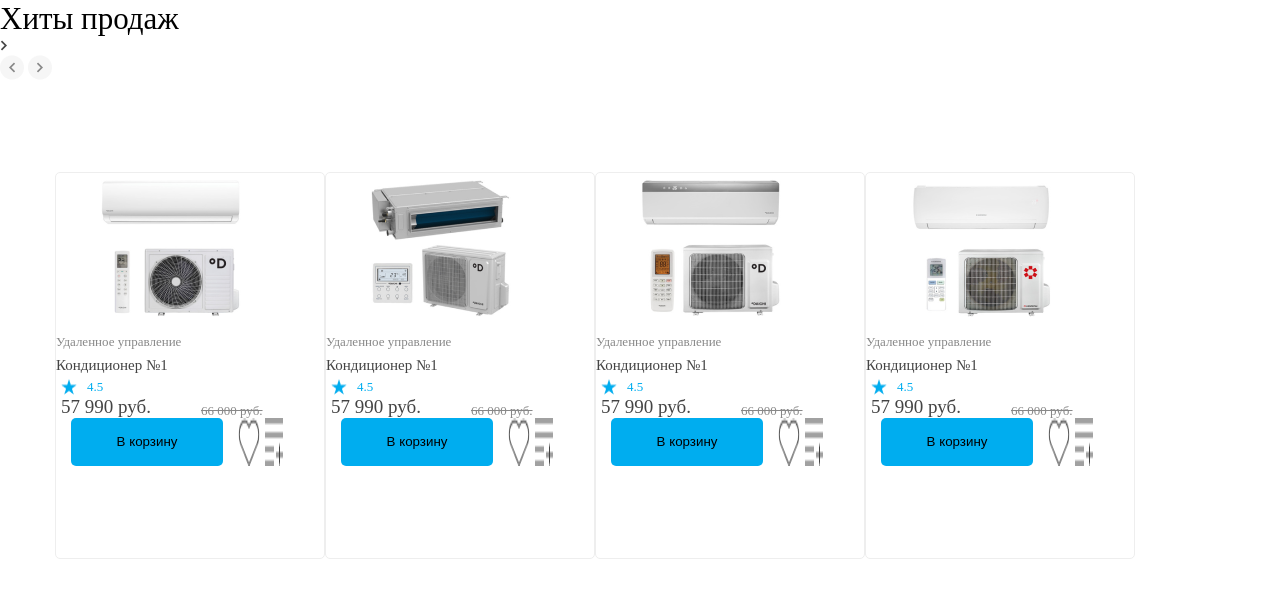
Repository: NikaMana/us
Page: index.html
These files come from the project's save history. The page is drawn as it stood at one moment and after the next save; the edit follows.
The browser window is 1280 px wide. The pictures show the whole page.

Above is the page before, as saved 2021-09-15 15:47:05.

### index.html
<!DOCTYPE html>
<html lang="ru">
<head>
    <meta charset="utf-8">
    <title>Main page</title>
    <meta name="viewport" content="widht=1100, initial-scale=1.0">
    <link rel="stylesheet" href="./styles.css">


</head>
<body>
<div class="welcome">
  <div class="welcome__container">
    <div class="welcome__up">
      <div class="welcome__left">
        <h1 class="welcome__hits">Хиты продаж</h1>
        <img class="welcome__arr" src="/img/arrbl.png" alt="blackarrow">
      </div>
      <div class="welcome__right">
        <img class="welcome__arr-left" src="/img/arrleft.png" alt="arrowleft">
        <img class="welcome__arr-right" src="/img/arrright.png" alt="arrowright">
      </div>
    </div>
      <div class="welcome__block-container">
        <div class="welcome__block">
          <img class="welcome__pic" src="/img/pic1.png" alt="condition">
          <h4 class="welcome__control">Удаленное управление</h4>
          <h3 class="welcome__condition">Кондиционер №1</h3>
          <div class="welcome__rating">
            <img class="welcome__star" src="/img/Star.png" alt="star">
            <span class="welcome__score">4.5</span>
          </div>
          <div class="welcome__price">
            <h2 class="welcome__price-current">57 990 руб.</h2>
            <h3 class="welcome__price-past">66 000 руб.</h3>
          </div>
          <div class="welcome__adding">
            <button class="welcome__button">В корзину</button>
            <img class="welcome__like" src="/img/like.png" alt="like">
            <img class="welcome__plus" src="/img/add.png" alt="add">
          </div>
        </div>
        <div class="welcome__block">
          <img class="welcome__pic" src="/img/pic2.png" alt="condition">
          <h4 class="welcome__control">Удаленное управление</h4>
          <h3 class="welcome__condition">Кондиционер №1</h3>
          <div class="welcome__rating">
            <img class="welcome__star" src="/img/Star.png" alt="star">
            <span class="welcome__score">4.5</span>
          </div>
          <div class="welcome__price">
            <h2 class="welcome__price-current">57 990 руб.</h2>
            <h3 class="welcome__price-past">66 000 руб.</h3>
          </div>
          <div class="welcome__adding">
            <button class="welcome__button">В корзину</button>
            <img class="welcome__like" src="/img/like.png" alt="like">
            <img class="welcome__plus" src="/img/add.png" alt="add">
          </div>
        </div>
        <div class="welcome__block">
          <img class="welcome__pic" src="/img/pic3.png" alt="condition">
          <h4 class="welcome__control">Удаленное управление</h4>
          <h3 class="welcome__condition">Кондиционер №1</h3>
          <div class="welcome__rating">
            <img class="welcome__star" src="/img/Star.png" alt="star">
            <span class="welcome__score">4.5</span>
          </div>
          <div class="welcome__price">
            <h2 class="welcome__price-current">57 990 руб.</h2>
            <h3 class="welcome__price-past">66 000 руб.</h3>
          </div>
          <div class="welcome__adding">
            <button class="welcome__button">В корзину</button>
            <img class="welcome__like" src="/img/like.png" alt="like">
            <img class="welcome__plus" src="/img/add.png" alt="add">
          </div>
        </div>
        <div class="welcome__block">
          <img class="welcome__pic" src="/img/pic4.png" alt="condition">
          <h4 class="welcome__control">Удаленное управление</h4>
          <h3 class="welcome__condition">Кондиционер №1</h3>
          <div class="welcome__rating">
            <img class="welcome__star" src="/img/Star.png" alt="star">
            <span class="welcome__score">4.5</span>
          </div>
          <div class="welcome__price">
            <h2 class="welcome__price-current">57 990 руб.</h2>
            <h3 class="welcome__price-past">66 000 руб.</h3>
          </div>
          <div class="welcome__adding">
            <button class="welcome__button">В корзину</button>
            <img class="welcome__like" src="/img/like.png" alt="like">
            <img class="welcome__plus" src="/img/add.png" alt="add">
          </div>
        </div>
      </div>
  </div>
</div>
</body>

### styles.css
*{
  margin: 0;
  padding: 0;
  box-sizing: border-box;
}
button{
  border: none;
  background: no-repeat;
}
h1, h2,h3,h4,h5{
  font-family: none;
  font-size: none;
}
.welcome{
  position: absolute;
  width: 100%;
  height: 100%;
  z-index: 0;
}

.welcome__hits{
font-family: Gotham Pro;
font-size: 31px;
font-style: normal;
font-weight: 300;
line-height: 37px;
letter-spacing: 0em;
text-align: left;
}
.welcome__block-container{
  display: flex;
  flex-direction: row;
}
.welcome__block{
height: 387px;
width: 270px;
left: 55px;
top: 88px;
border-radius: 5px;
position: relative;
height: 387px;
left: 55px;
right: 955px;
top: 88px;
background: #FFFFFF;
border: 1px solid #EEEEEE;
box-sizing: border-box;
border-radius: 5px;
}
.welcome__pic{
height: 150px;
left: 20px;
right: 20px;
top: 20px;
}
.welcome__control{
  position: static;
width: 230px;
height: 19px;
left: 0px;
top: 0px;
font-family: Gotham Pro;
font-style: normal;
font-weight: normal;
font-size: 13px;
line-height: 19px;
color: #888888;
flex: none;
order: 0;
align-self: stretch;
flex-grow: 0;
margin: 5px 0px;
}
.welcome__condition{
  position: static;
width: 230px;
height: 18px;
left: 0px;
top: 0px;
font-family: Gotham Pro;
font-style: normal;
font-weight: normal;
font-size: 15px;
line-height: 18px;
color: #444444;
flex: none;
order: 0;
align-self: stretch;
flex-grow: 0;
margin: 5px 0px;
}
.welcome__rating{
  display: flex;
}
.welcome__star{
  position: static;
width: 16px;
height: 16px;
left: 0px;
top: 0px;
flex: none;
order: 0;
flex-grow: 0;
margin: 0px 5px;
}
.welcome__score{
  position: static;
width: 165px;
height: 15px;
left: 21px;
top: 0px;
font-family: Gotham Pro;
font-style: normal;
font-weight: normal;
font-size: 13px;
line-height: 15px;
display: flex;
align-items: center;
color: #00ADEF;
flex: none;
order: 1;
flex-grow: 1;
margin: 0px 5px;
}
.welcome__price{
  display: flex;
}
.welcome__price-current{
  position: static;
width: 130px;
height: 23px;
left: 0px;
top: 0px;
font-family: Gotham Pro;
font-style: normal;
font-weight: normal;
font-size: 19px;
line-height: 23px;
display: flex;
align-items: flex-end;
color: #444444;
flex: none;
order: 0;
flex-grow: 0;
margin: 0px 5px;
}
.welcome__price-past{
  position: static;
width: 103px;
height: 23px;
left: 135px;
top: 0px;
font-family: Gotham Pro;
font-style: normal;
font-weight: normal;
font-size: 13px;
line-height: 15px;
display: flex;
align-items: flex-end;
text-decoration-line: line-through;
color: #888888;
flex: none;
order: 1;
flex-grow: 0;
margin: 0px 5px;
}
.welcome__adding{
  display: flex;
}
.welcome__button{
  display: flex;
flex-direction: row;
justify-content: center;
align-items: center;
padding: 14px 40px 16px;
position: static;
width: 152px;
height: 48px;
left: 0px;
top: 0px;
background: #00ADEF;
border-radius: 5px;
flex: none;
order: 0;
margin: 0px 15px;
cursor: pointer;
}
.welcome__like{
cursor: pointer;
margin-right: 5px;
}
.welcome__plus{
cursor: pointer;;
}

After the next save:
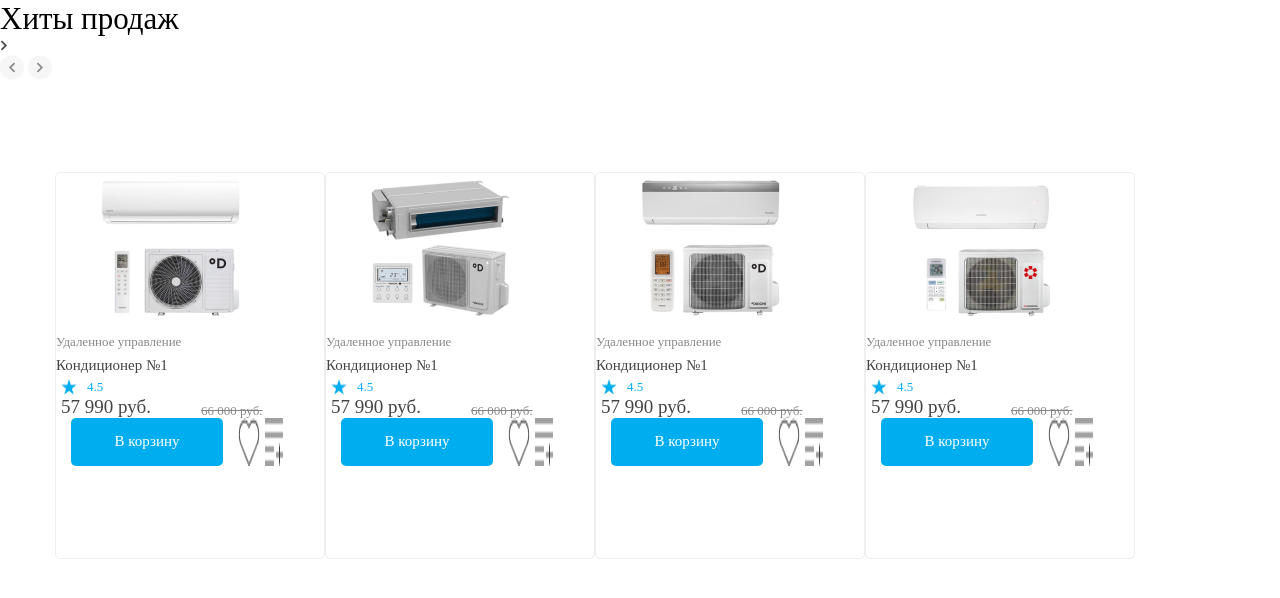
Saved 2 min 52 s later.
--- a/styles.css
+++ b/styles.css
@@ -183,6 +183,12 @@ border-radius: 5px;
 flex: none;
 order: 0;
 margin: 0px 15px;
+font-family: Gotham Pro;
+font-style: normal;
+font-weight: normal;
+font-size: 15px;
+line-height: 18px;
+color: #FFFFFF;
 cursor: pointer;
 }
 .welcome__like{
